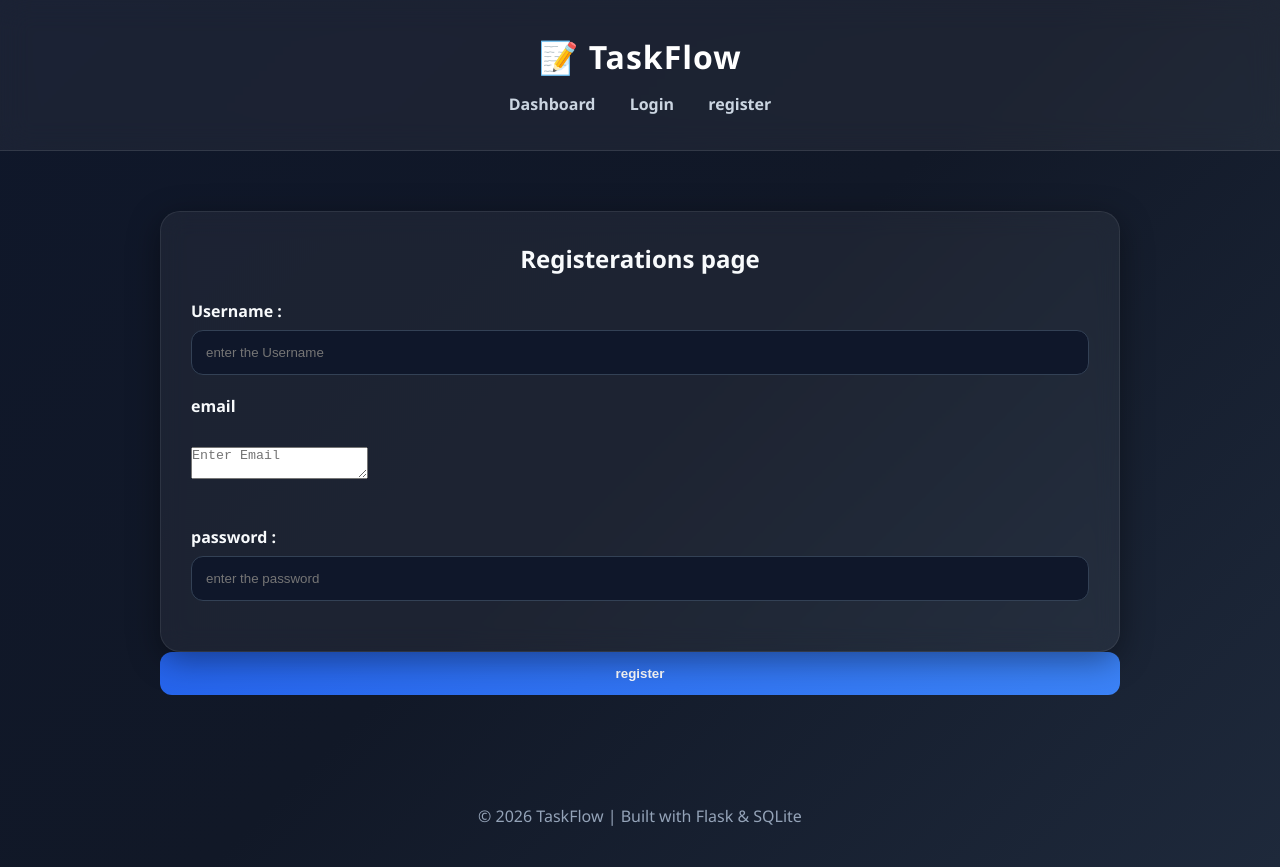
Repository: sristigupta04/todo-app_flask
Page: http://localhost/register
An editor plug-in stored every save of this project. The page is shown before and after the next save, followed by the edit.
The browser window is 1280 px wide. The pictures show the whole page.
The page is served by the project's application, run on Flask 3 (app/__init__.py).

Above is the page before, as saved 2026-05-31 21:21:04.

After the next save:
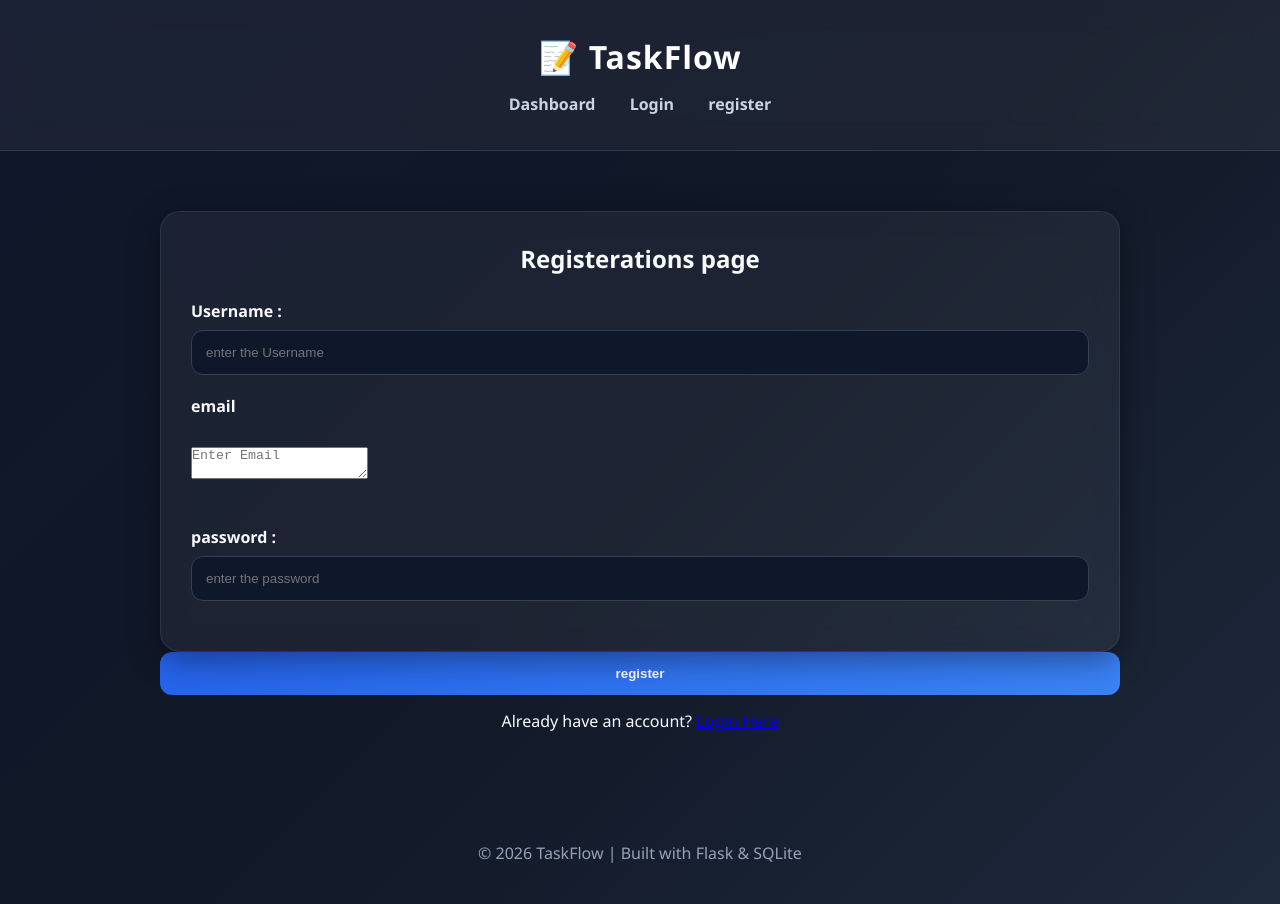
Saved 2 min 8 s later.
--- a/app/templates/register.html
+++ b/app/templates/register.html
@@ -29,6 +29,12 @@ Registeration
         </div>
 
 <button type="submit" class="btn">register</button>
+<p style="text-align:center; margin-top:15px;">
+    Already have an account?
+    <a href="{{ url_for('auth.login') }}">
+        Login Here
+    </a>
+</p>
     </form>
 </div>
 
